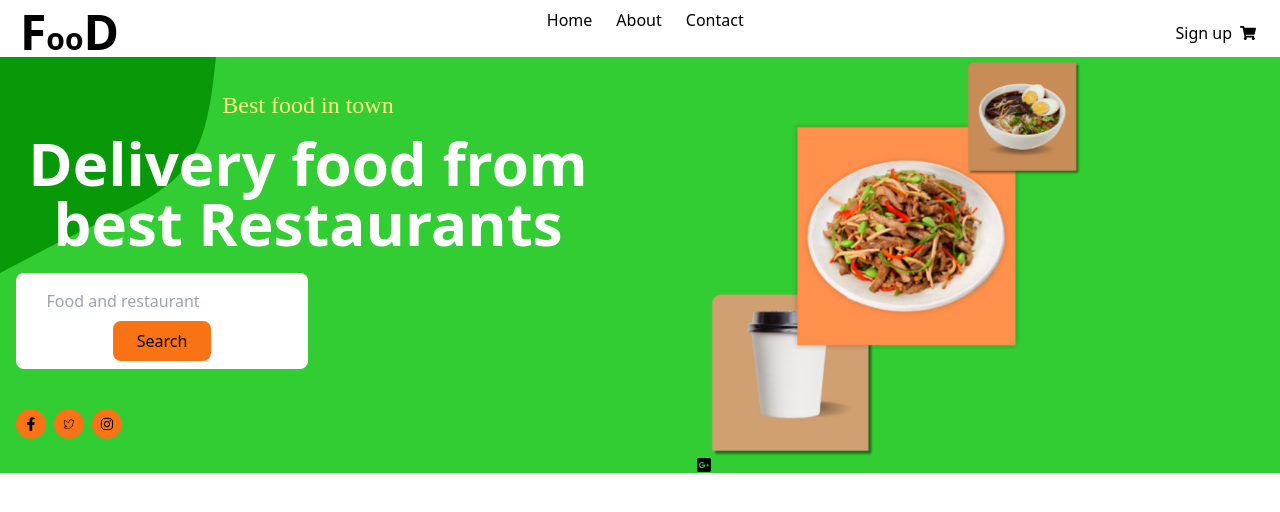
Repository: KhushiCode14/FoodWeb
Page: /
These files come from the project's save history. The page is drawn as it stood at one moment and after the next save; the edit follows.
The browser window is 1280 px wide. The pictures show the whole page.
The project was rebuilt for these pictures with package versions that can differ from the ones it lists, and the page was loaded fresh each time. Also part of the build but not shown: src/components/Home/SignUp.tsx, src/components/Home/SignIn.tsx.

Above is the page before, as saved 2024-09-19 20:20:58.

### src/index.css
@tailwind base;
@tailwind components;
@tailwind utilities;

.bgBack{
  background-image: url(../src/components/images/background.svg);
}

### src/App.tsx
import { Route, BrowserRouter as Router, Routes ,  } from 'react-router-dom';
import './App.css';
import Navbar from './Pages/Navbar';
import Home from './Pages/Home';
import SignUp from './components/Home/SignUp';
import SignIn from './components/Home/SignIn';

function App() {
  return (
    <div className="App">
      <Router>
        <Navbar/>
      <Routes>
        <Route  path="/" element={<Home/>} />
        <Route  path="/signUp" element={<SignUp/>} />
        <Route  path="/signIn" element={<SignIn/>} />
        {/* <Route  path="/about" element={About} />
        <Route  path="/contact" element={Contact} /> */}
        </Routes>
      </Router>

    </div>
  );
}

export default App;

### src/Pages/Navbar.tsx
import { NavLink } from "react-router-dom"
import { Link } from "react-router-dom"
import { FaShoppingCart } from "react-icons/fa";
import { FaCartPlus } from "react-icons/fa";
import { useState } from "react";
interface nav {
  to: string,
  linkName: string

}
const Navbar: React.FC = () => {
  const [sign, setSign] = useState<string>('Sign up');
  const [cart, setCart] = useState<JSX.Element>(<FaShoppingCart />);
  const navLink: nav[] = [
    { to: "/", linkName: "Home" },
    { to: "/about", linkName: "About" },
    { to: "/contact", linkName: "Contact" },
    // Add more links as needed
  ]
  const handleSign = () => {
    setSign(sign === 'Sign up'? 'Sign in' : 'Sign up');
  }
  const handleCart = () => {
    setCart(prevCart =>
      prevCart.type === FaShoppingCart ? <FaCartPlus /> : <FaShoppingCart />
    );
  };

  return (
    <div className="mx-5  mt-2 flex justify-between">
      <div className="font-bold text-3xl"><h1><span className=" text-5xl">F</span>oo<span className=" text-5xl">D</span></h1></div>
      <div>
        {
          navLink.map((link, index) => (
            <Link key={index} to={link.to} className="mx-3 hover:text-gray-800">
              {link.linkName}
            </Link>
          ))
        }
      </div>
      <div className="flex justify-center items-center">
        <button><NavLink to="/signUp" onClick={handleSign} className="m-1">{sign}</NavLink></button>

        <div onClick={handleCart}className="m-1" >
          {cart}
        </div>



      </div>
    </div>
  )
}

export default Navbar

### src/Pages/Home.tsx

import { FaFacebookF, FaGooglePlusSquare, FaInstagram, } from "react-icons/fa"
import { CiTwitter } from "react-icons/ci";
import food from "../components/images/food.png"
import { Link } from "react-router-dom";
const Home: React.FC = () => {
  return (

    <div className=" flex  gap-20 bgBack justify-center ">

      <div className="w-1/2 justify-center items-center m-4 mt-8 ">
        <h3 className="font-cursive text-2xl mb-3 text-yellow-200">Best food in town</h3>
        <h1 className="text-6xl mb-5 text-white font-bold">Delivery food from best Restaurants</h1>
        <div className="justify-between">
         <div className="mb-10 rounded-lg bg-white w-1/2 py-2">
         <input type="text" placeholder="Food and restaurant " className="p-2"></input>
         <button className="bg-orange-500 p-2 w-1/3 rounded-lg" >Search</button>
         </div>
          <div className="flex gap-2  ">
            <Link to="/about"><FaFacebookF  size={30}className="bg-orange-500  text-black rounded-full font-extrabold  p-2"/>
            </Link>
            <Link to=""> < CiTwitter  size={30}className="bg-orange-500  p-2 rounded-full" />
            </Link>
            <Link to="">  <FaInstagram  size={30}className="bg-orange-500  p-2 rounded-full" />
            </Link>

          </div>
        </div>
      </div>
      <div className="w-1/2 items-center justify-center" >
        <img src={food} alt="logo" width={400} />
        <FaGooglePlusSquare />
      </div>
    </div>
  )
}

export default Home

### tailwind.config.js
/** @type {import('tailwindcss').Config} */
module.exports = {
  content: [
    "./src/**/*.{js,jsx,ts,tsx}",
  ],
  theme: {
    extend: {
      fontFamily: {
        'cursive': ['Pacifico', 'cursive']
      }
    },
  },
  plugins: [],
}

Loaded but not shown: public/index.html (common file); src/index.tsx (common file); src/reportWebVitals.ts (common file); src/App.css (common file)

After the next save:
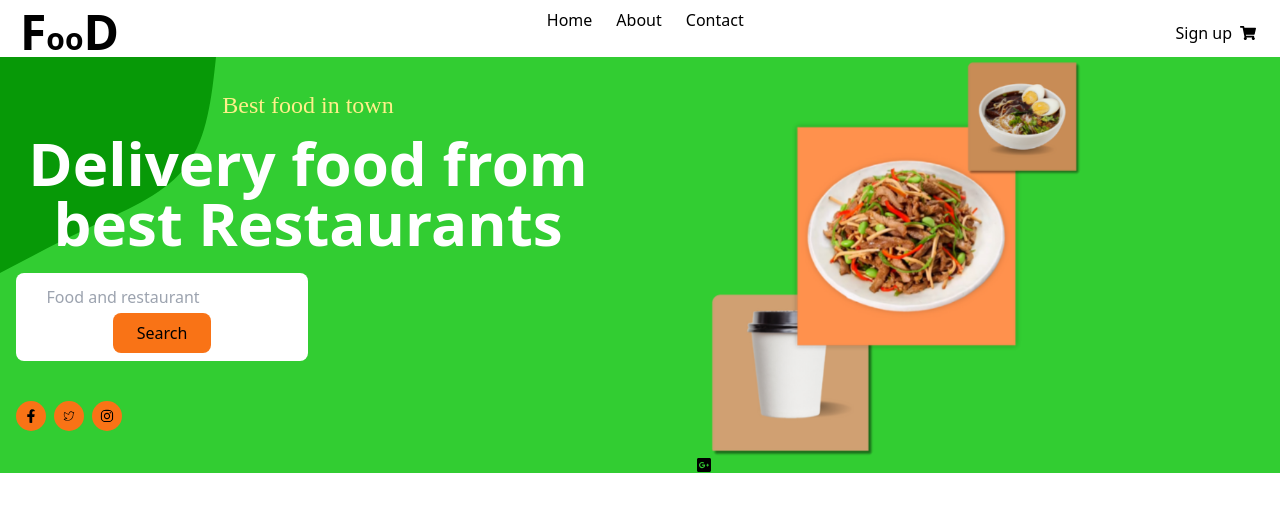
Saved 5 s later.
--- a/src/Pages/Home.tsx
+++ b/src/Pages/Home.tsx
@@ -13,7 +13,7 @@ const Home: React.FC = () => {
         <h1 className="text-6xl mb-5 text-white font-bold">Delivery food from best Restaurants</h1>
         <div className="justify-between">
          <div className="mb-10 rounded-lg bg-white w-1/2 py-2">
-         <input type="text" placeholder="Food and restaurant " className="p-2"></input>
+         <input type="text" placeholder="Food and restaurant " className="p-1"></input>
          <button className="bg-orange-500 p-2 w-1/3 rounded-lg" >Search</button>
          </div>
           <div className="flex gap-2  ">
